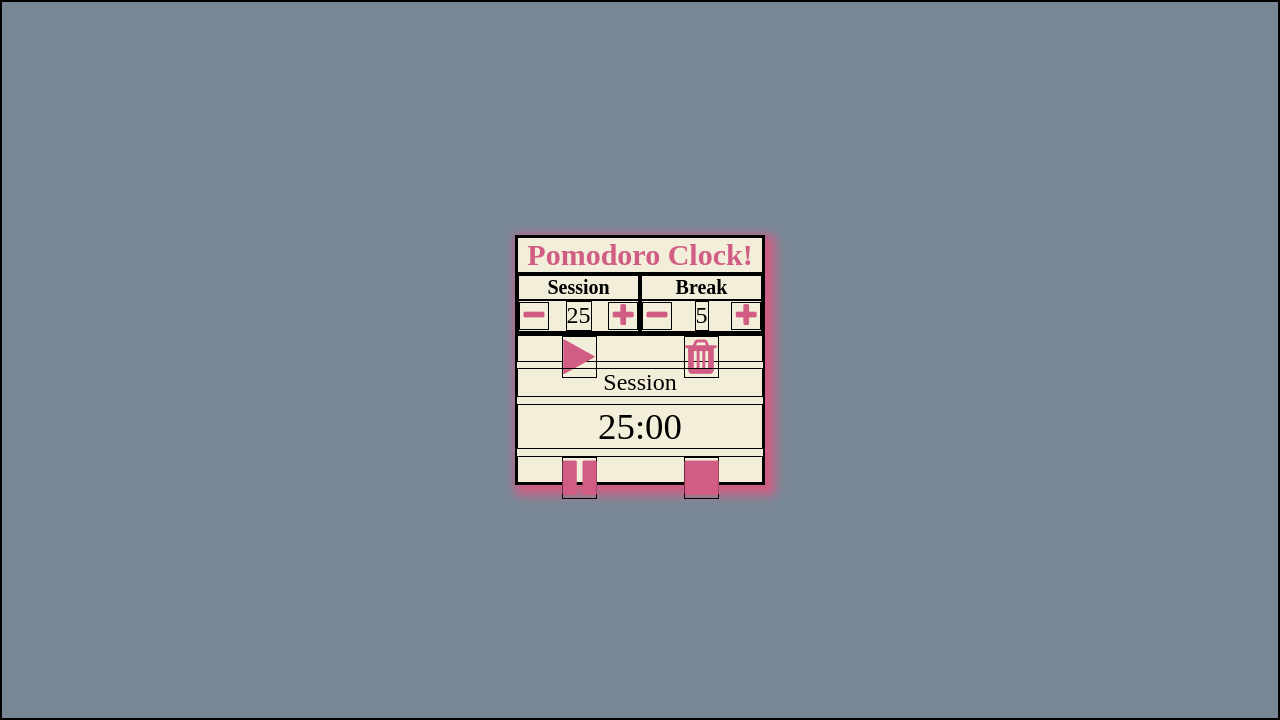
Repository: mcostigliola/pomodoroTimer
Page: index.html
An editor plug-in stored every save of this project. The page is shown before and after the next save, followed by the edit.
The browser window is 1280 px wide. The pictures show the whole page.

Above is the page before, as saved 2020-06-10 19:35:13.

After the next save:
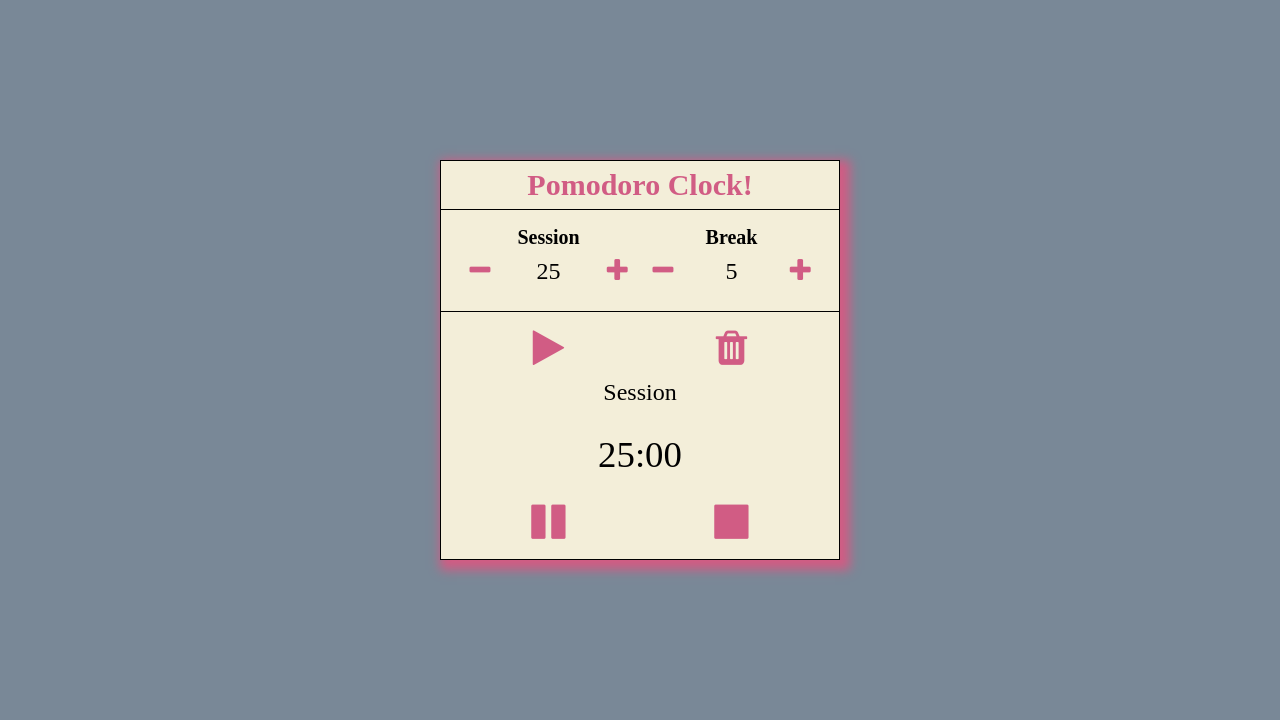
Saved 2 min 54 s later.
--- a/main.css
+++ b/main.css
@@ -5,7 +5,7 @@
 }
 
  *{
-    border: 1px solid black;
+
     box-sizing: border-box;
     margin:0;
     padding:0;
@@ -41,17 +41,20 @@ i{
 #main-container{
     background-color: var(--main-color);
     box-shadow:5px 5px 10px 5px var(--icon-color);
+    border: 1px solid black;
     display: flex;
     flex-flow: column;
-    height: 250px;
+    height: 400px;
     justify-content: space-between;
     margin: auto;
-    width: 250px;
+    width: 400px;
 }
 
 #session-container{
+    border-top: 1px solid black;
     display: flex;
     height: 30%;
+    padding: 1rem;
 }
 
 #status{
@@ -67,9 +70,12 @@ i{
 }
 
 #timer-container{
+    border-top: 1px solid black;
     display:flex;
     flex-flow: column;
     justify-content: space-between  ;
+    padding: 1rem;
+    padding-bottom: 2rem;
     text-align: center;
 }
 
@@ -113,6 +119,9 @@ i{
 
 .config-minute{
     font-size: 1.5rem;
+    display: flex;
+    flex-flow: column;
+    justify-content: center;
 }
 
 
